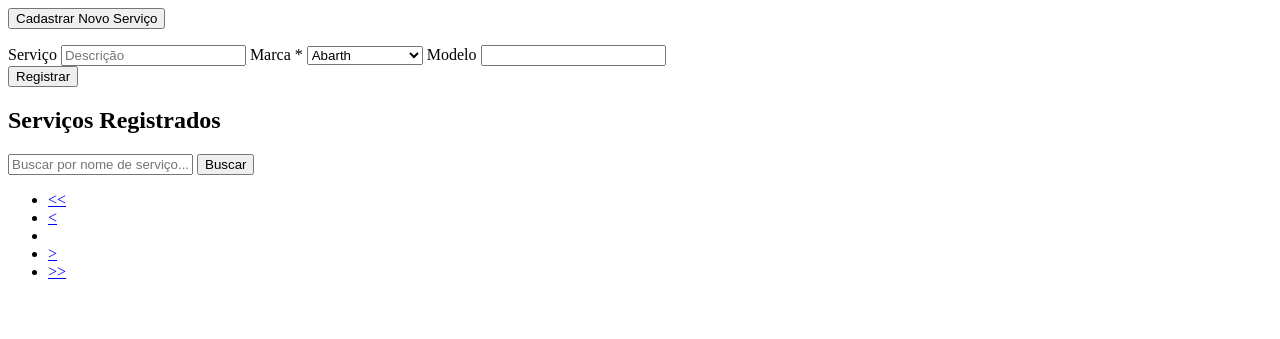
Repository: DanielGMT/AutoCenter-2.0
Page: http://localhost/Biblioteca/resources/admin/autor/content.jsp
An editor plug-in stored every save of this project. The page is shown before and after the next save, followed by the edit.
The browser window is 1280 px wide. The pictures show the whole page.
The page is served by Tomcat 9.

Above is the page before, as saved 2022-03-08 20:05:11.
Console error: ReferenceError: SENAI is not defined

After the next save:
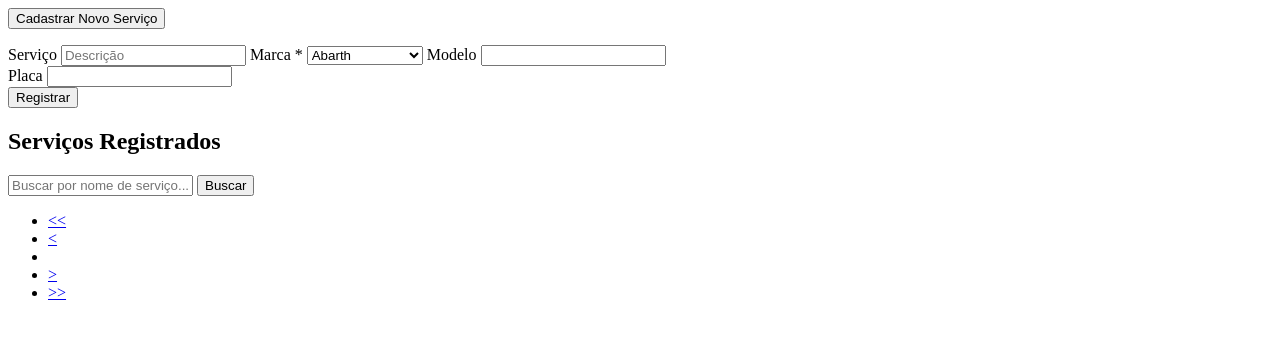
Saved 11 min 23 s later.
--- a/Biblioteca/WebContent/resources/admin/autor/content.jsp
+++ b/Biblioteca/WebContent/resources/admin/autor/content.jsp
@@ -15,7 +15,7 @@
 			<label for="exampleInputEmail1">Serviço</label> <input
 				class="form-control" id="inputname" placeholder="Descrição">
 					<label class="control-label" for="nome">Marca *</label>
-				<select class="form-control" name="marca" id="marca" autocomplete="off"
+				<select class="form-control" name="marca" id="inputmarca" autocomplete="off"
 				minlength="3" maxlength="25" maxlength="25">
 				<option value="Abarth">Abarth</option>
 				<option value="Alfa Romeo">Alfa Romeo</option>
@@ -66,6 +66,8 @@
 		<label for="exampleInputEmail1">Modelo</label> <input
 				class="form-control" id="inputmodelo">
 		</div>
+		<label for="exampleInputEmail1">Placa</label> <input
+				class="form-control" id="inputname">
 		<div id="entrar">
 			<button type="button" id="add-new"
 				onclick="SENAI.biblioteca.cadastrarServico()" class="btn btn-primary">Registrar</button>
